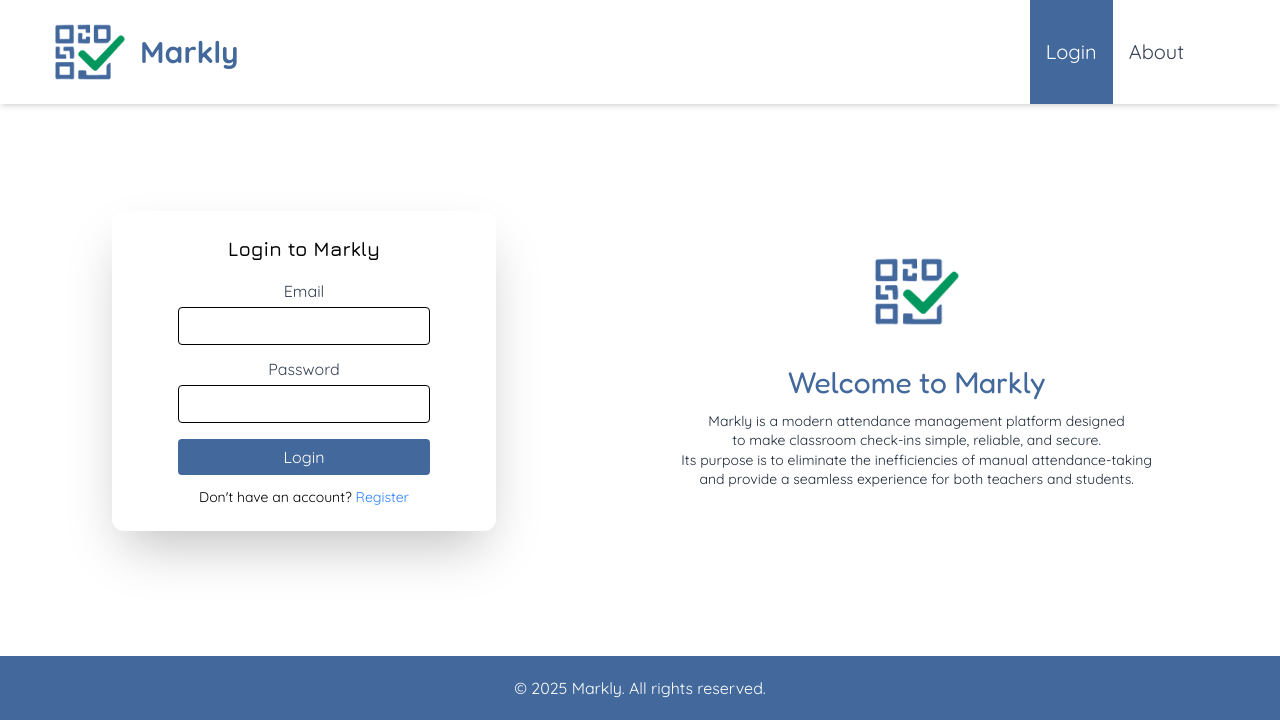
Repository: Mozukie/Markly
Page: /login
An editor plug-in stored every save of this project. The page is shown before and after the next save, followed by the edit.
The browser window is 1280 px wide. The pictures show the whole page.
Some web fonts or font styles are not loaded; a fallback is used. The project was rebuilt for these pictures with package versions that can differ from the ones it lists, and the page was loaded fresh each time. Also part of the build but not shown: vite.config.js, src/pages/NotFound.jsx, src/pages/Home.jsx, src/components/About.jsx, src/pages/Students/studentdashboard.jsx.

Above is the page before, as saved 2025-08-23 22:20:50.

### index.html
<!doctype html>
<html lang="en">
  <head>
    <meta charset="UTF-8" />
    <link rel="icon" type="image/png" href="/icon.png" />
    <meta name="viewport" content="width=device-width, initial-scale=1.0" />
    <style>
    @import url('https://fonts.googleapis.com/css2?family=Fredoka:wght@300..700&family=Gruppo&family=Hepta+Slab:wght@1..900&family=Jura:wght@300..700&family=Poiret+One&family=Quicksand:wght@300..700&display=swap');
    </style>
    <title>Markly</title>
  </head>
  <body>
    <div id="root"></div>
    <script type="module" src="/src/main.jsx"></script>
  </body>
</html>

### src/App.jsx
import './App.css'
import { BrowserRouter as Router, Routes, Route, useLocation } from 'react-router-dom'
import React from 'react'
// eslint-disable-next-line no-unused-vars
import { AnimatePresence, motion } from 'framer-motion'
import NotFound from './pages/NotFound.jsx'
import Home from './pages/Home.jsx'
import Login from './pages/Login.jsx'
import About from './components/About.jsx'
import StudentDashboard from './pages/Students/studentdashboard.jsx'

function AnimatedRoutes() {
  const location = useLocation();
  return (
    <AnimatePresence mode="wait">
      <motion.div
        key={location.pathname}
        initial={{ opacity: 0, y: 20 }}
        animate={{ opacity: 1, y: 0 }}
        exit={{ opacity: 0, y: -20 }}
        transition={{ duration: 0.4 }}
      >
        <Routes location={location}>
          <Route path="/" element={<Home/>} />
          <Route path="*" element={<NotFound/>} />
          <Route path="/login" element={<Login/>} />
          <Route path="/about" element={<About/>} />
          <Route path="/studentdashboard" element={<StudentDashboard/>} />
        </Routes>
      </motion.div>
    </AnimatePresence>
  );
}

function App() {
  return(
    <div>
      <Router>
        <AnimatedRoutes />
      </Router>
    </div>
  )
}

export default App

### src/App.css
@import "tailwindcss";

body, html {
  font-family: "Quicksand", sans-serif;
}

.poiret-one-regular {
  font-family: "Poiret One", sans-serif;
  font-weight: 400;
  font-style: normal;
}
.quicksand {
  font-family: "Quicksand", sans-serif;
  font-weight: 400;
  font-style: normal;
}
.quicksand-bold {
  font-family: "Quicksand", sans-serif;
  font-weight: 700;
  font-style: normal;
}
.fredoka {
  font-family: "Fredoka", sans-serif;
  font-weight: 400;
  font-style: normal;
}
.fredoka-bold {
  font-family: "Fredoka", sans-serif;
  font-weight: 700;
  font-style: normal;
}
.gruppo {
  font-family: "Gruppo", cursive;
  font-weight: 400;
  font-style: normal;
}
.hepta-slab {
  font-family: "Hepta Slab", serif;
  font-weight: 400;
  font-style: normal;
}
.hepta-slab-bold {
  font-family: "Hepta Slab", serif;
  font-weight: 900;
  font-style: normal;
}


.jura-regular {
  font-family: "Jura", sans-serif;
  font-optical-sizing: auto;
  font-weight: 400;
  font-style: normal;
}

.jura-medium {
  font-family: "Jura", sans-serif;
  font-optical-sizing: auto;
  font-weight: 500;
  font-style: normal;
}

.jura-semi-bold {
  font-family: "Jura", sans-serif;
  font-optical-sizing: auto;
  font-weight: 600;
  font-style: normal;
}

/* Fredoka for main titles */
h1, .title {
  font-family: "Fredoka", sans-serif;
}

/* Jura Medium for semi-titles, Login, Register, and subtitles */
.subtitle, .semi-title, .jura-semi-bold
.login-title, .register-title,
h2, h3, h4, h5, h6 {
  font-family: "Jura", sans-serif;
  font-weight: 600;
  font-style: normal;
}

### src/pages/Login.jsx
import React, { useState } from "react";
import Header from "../components/Header.jsx";
import Footer from "../components/Footer.jsx";

export default function Login() {
  const [showRegister, setShowRegister] = useState(false);

  return (
    <>
      <Header isLoggedIn={false} />
      <div className=" flex items-center justify-between px-4">
        {/* Login Panel */}
        <div
          className="bg-white p-6 rounded-xl shadow-2xl max-w-sm w-full ml-24 flex flex-col items-center z-20"
          style={{ minWidth: '300px' }}
        >
          <h2 className="text-xl font-bold mb-4 text-center">Login to Markly</h2>
          <form className="w-full flex flex-col items-center">
            <div className="mb-3 w-3/4">
              <label className="block text-gray-700 mb-1 text-center" htmlFor="email">Email</label>
              <input type="email" id="email" className="w-full px-2 py-1.5 border rounded text-center" required />
            </div>
            <div className="mb-4 w-3/4">
              <label className="block text-gray-700 mb-1 text-center" htmlFor="password">Password</label>
              <input type="password" id="password" className="w-full px-2 py-1.5 border rounded text-center" required />
            </div>
            <button type="submit" className="w-3/4 bg-[#43699c] text-white py-1.5 rounded hover:bg-[#365f8a] transition-colors">Login</button>
          </form>
          <p className="mt-3 text-center text-sm">
            Don't have an account?{' '}
            <button
              type="button"
              className="text-blue-500 hover:underline focus:outline-none"
              onClick={() => setShowRegister(true)}
            >
              Register
            </button>
          </p>
        </div>

        {/* Register Panel */}
        <div
          className={`bg-white p-6 rounded-xl shadow-2xl max-w-md w-full mr-24 flex flex-col items-center transition-all duration-500 z-30 mt-13 ${showRegister ? 'opacity-100 translate-x-0' : 'opacity-0 translate-x-8 pointer-events-none'}`}
          style={{ minWidth: '420px', borderTopLeftRadius: '0.75rem', borderBottomLeftRadius: '0.75rem' }}
        >
          <h2 className="text-xl font-bold mb-4 text-center">Register</h2>
          <form className="w-full flex flex-col items-center">
            <div className="mb-3 w-3/4 flex gap-3">
              <div className="w-1/2">
                <label className="block text-gray-700 mb-1 text-center" htmlFor="reg-firstname">First Name</label>
                <input type="text" id="reg-firstname" className="w-full px-2 py-1.5 border rounded text-center" required />
              </div>
              <div className="w-1/2">
                <label className="block text-gray-700 mb-1 text-center" htmlFor="reg-lastname">Last Name</label>
                <input type="text" id="reg-lastname" className="w-full px-2 py-1.5 border rounded text-center" required />
              </div>
            </div>
            <div className="mb-3 w-3/4">
              <label className="block text-gray-700 mb-1 text-center" htmlFor="reg-email">Email</label>
              <input type="email" id="reg-email" className="w-full px-2 py-1.5 border rounded text-center" required />
            </div>
            <div className="mb-3 w-3/4">
              <label className="block text-gray-700 mb-1 text-center" htmlFor="reg-password">Password</label>
              <input type="password" id="reg-password" className="w-full px-2 py-1.5 border rounded text-center" required />
            </div>
            <div className="mb-3 w-3/4">
              <label className="block text-gray-700 mb-1 text-center" htmlFor="confirm-password">Confirm Password</label>
              <input type="password" id="confirm-password" className="w-full px-2 py-1.5 border rounded text-center" required />
            </div>
            <div className="text-sm">
              <input type="checkbox" id="teacher-checkbox" className="mt-3" />
              <label htmlFor="consent" className="text-gray-600 ml-1"> I consent to my data being used for registration purposes.</label>
            </div>
            <button type="submit" className="w-3/4 mt-3 bg-[#43699c] text-white py-1.5 rounded hover:bg-[#365f8a] transition-colors">Register</button>
          </form>
          <button
            type="button"
            className="absolute top-3 right-3 text-gray-500 hover:text-gray-800 text-3xl"
            onClick={() => setShowRegister(false)}
          >
            &times;
          </button>
        </div>
      </div>

      {/* Welcome Section */}
      <div className="fixed right-0 top-1/2 transform -translate-y-1/2 mr-32 flex flex-col items-center">
        <img src="/icon.png" height={120} width={120} className="mb-3" alt="Markly Icon" />
        <div className="text-3xl fredoka font-bold text-[#43699c] text-center">
          Welcome to Markly
        </div>
        <div className="text-center mt-3 text-gray-800 text-sm leading-snug">
          <p>Markly is a modern attendance management platform designed</p>
          <p>to make classroom check-ins simple, reliable, and secure.</p>
          <p>Its purpose is to eliminate the inefficiencies of manual attendance-taking</p>
          <p>and provide a seamless experience for both teachers and students.</p>
        </div>
      </div>
      <Footer />
    </>
  );
}

### src/components/Header.jsx
import { NavLink } from "react-router-dom";

export default function Header() {
  const isLoggedIn = false;
  const isTeacher = false;

  return (
    <header className="header top-0 left-0 right-0 bg-white-100 mr-2 flex justify-between items-center shadow-md h-26 w-full z-100">
      <img src="/icon.png" alt="Logo" className="h-25 w-25 ml-10" />
      {isLoggedIn ? (
        isTeacher ? (
          <div className="container mr-20 flex flex-col md:flex-row justify-between items-center text-[20px] h-full">
            <div className="logo font-bold text-[#43699c] text-[30px] mb-2 md:mb-0">Markly</div>
            <nav className="flex flex-col md:flex-row h-full items-center">
              <NavLink to="/teacherdashboard" className={({ isActive }) => `text-gray-700 px-4 h-full flex items-center  transition-colors duration-200 ${isActive ? "bg-[#43699c] text-white" : "hover:bg-[#43699c] hover:text-white"}`}>
                Dashboard
              </NavLink>
              <NavLink to="/teacherprofile" className={({ isActive }) => `text-gray-700 px-4 h-full flex items-center  transition-colors duration-200 ${isActive ? "bg-[#43699c] text-white" : "hover:bg-[#43699c] hover:text-white"}`}>
                Profile
              </NavLink>
              <NavLink to="/teacherclasses" className={({ isActive }) => `text-gray-700 px-4 h-full flex items-center  transition-colors duration-200 ${isActive ? "bg-[#43699c] text-white" : "hover:bg-[#43699c] hover:text-white"}`}>
                Classes
              </NavLink>
              <NavLink to="/teacherschedule" className={({ isActive }) => `text-gray-700 px-4 h-full flex items-center  transition-colors duration-200 ${isActive ? "bg-[#43699c] text-white" : "hover:bg-[#43699c] hover:text-white"}`}>
                Schedule
              </NavLink>
              <NavLink to="/teacherschedule" className={({ isActive }) => `text-gray-700 px-4 h-full flex items-center  transition-colors duration-200 ${isActive ? "bg-[#43699c] text-white" : "hover:bg-[#43699c] hover:text-white"}`}>
                Schedule
              </NavLink>
              <NavLink to="/logout" className="text-gray-700 px-4 h-full flex items-center  hover:bg-[#43699c] hover:text-white transition-colors duration-200">
                Logout
              </NavLink>
            </nav>
          </div>
        ) : (
          <div className="container mr-20 flex flex-col md:flex-row justify-between items-center text-[20px] h-full">
            <div className="logo font-bold text-[#43699c] text-[30px] mb-2 md:mb-0">Markly</div>
            <nav className="flex flex-col md:flex-row h-full items-center">
              <NavLink to="/studentdashboard" className={({ isActive }) => `text-gray-700 px-4 h-full flex items-center transition-colors duration-200 ${isActive ? "bg-[#43699c] text-white" : "hover:bg-[#43699c] hover:text-white"}`}>
                Dashboard
              </NavLink>
              <NavLink to="/studentprofile" className={({ isActive }) => `text-gray-700 px-4 h-full flex items-center transition-colors duration-200 ${isActive ? "bg-[#43699c] text-white" : "hover:bg-[#43699c] hover:text-white"}`}>
                Profile
              </NavLink>
              <NavLink to="/studentclasses" className={({ isActive }) => `text-gray-700 px-4 h-full flex items-center transition-colors duration-200 ${isActive ? "bg-[#43699c] text-white" : "hover:bg-[#43699c] hover:text-white"}`}>
                Classes
              </NavLink>
              <NavLink to="/logout" className="text-gray-700 px-4 h-full flex items-center  hover:bg-[#43699c] hover:text-white transition-colors duration-200">
                Logout
              </NavLink>
            </nav>
          </div>
        )
      ) : (
        <div className="container mr-20 flex flex-col md:flex-row justify-between items-center text-[20px] h-full">
          <div className="logo font-bold text-[#43699c] text-[30px] mb-2 md:mb-0">Markly</div>
          <nav className="flex flex-col md:flex-row h-full items-center">
            <NavLink to="/login" className={({ isActive }) => `text-gray-700 px-4 h-full flex items-center  transition-colors duration-200 ${isActive ? "bg-[#43699c] text-white" : "hover:bg-[#43699c] hover:text-white"}`}>
              Login
            </NavLink>
            <NavLink to="/about" className={({ isActive }) => `text-gray-700 px-4 h-full flex items-center  transition-colors duration-200 ${isActive ? "bg-[#43699c] text-white" : "hover:bg-[#43699c] hover:text-white"}`}>
              About
            </NavLink>
          </nav>
        </div>
      )}
    </header>
  );
}

### src/components/Footer.jsx
import React from "react";
import { NavLink } from "react-router-dom";


export default function(){
    return(
        <>
        <footer className="bg-[#43699c] text-white h-16 flex items-center justify-center fixed bottom-0 left-0 right-0 z-100">
             &copy; 2025 Markly. All rights reserved.
        </footer>
        </>
    )
}

Loaded but not shown: src/main.jsx (common file)

After the next save:
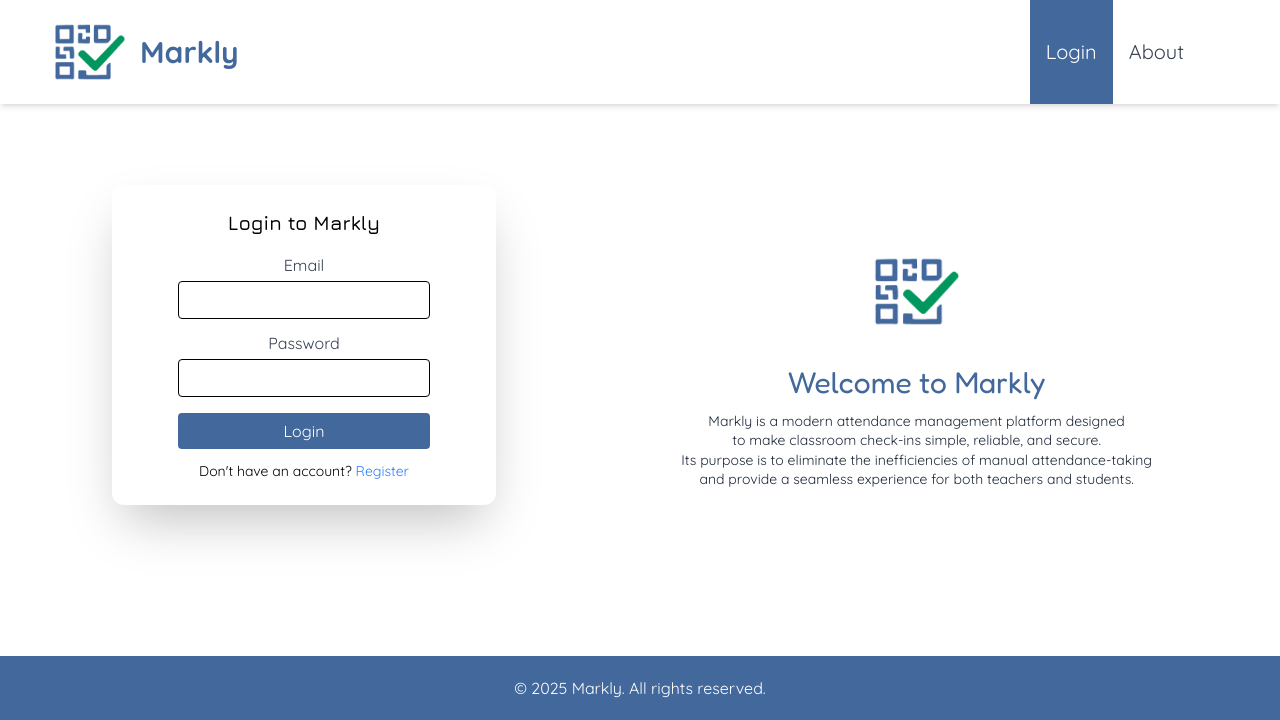
Saved 52 s later.
--- a/src/pages/Login.jsx
+++ b/src/pages/Login.jsx
@@ -40,7 +40,7 @@ export default function Login() {
 
         {/* Register Panel */}
         <div
-          className={`bg-white p-6 rounded-xl shadow-2xl max-w-md w-full mr-24 flex flex-col items-center transition-all duration-500 z-30 mt-13 ${showRegister ? 'opacity-100 translate-x-0' : 'opacity-0 translate-x-8 pointer-events-none'}`}
+          className={`bg-white p-6 rounded-xl shadow-2xl max-w-md w-full mr-24 flex flex-col items-center transition-all duration-500 z-30  ${showRegister ? 'opacity-100 translate-x-0' : 'opacity-0 translate-x-8 pointer-events-none'}`}
           style={{ minWidth: '420px', borderTopLeftRadius: '0.75rem', borderBottomLeftRadius: '0.75rem' }}
         >
           <h2 className="text-xl font-bold mb-4 text-center">Register</h2>
